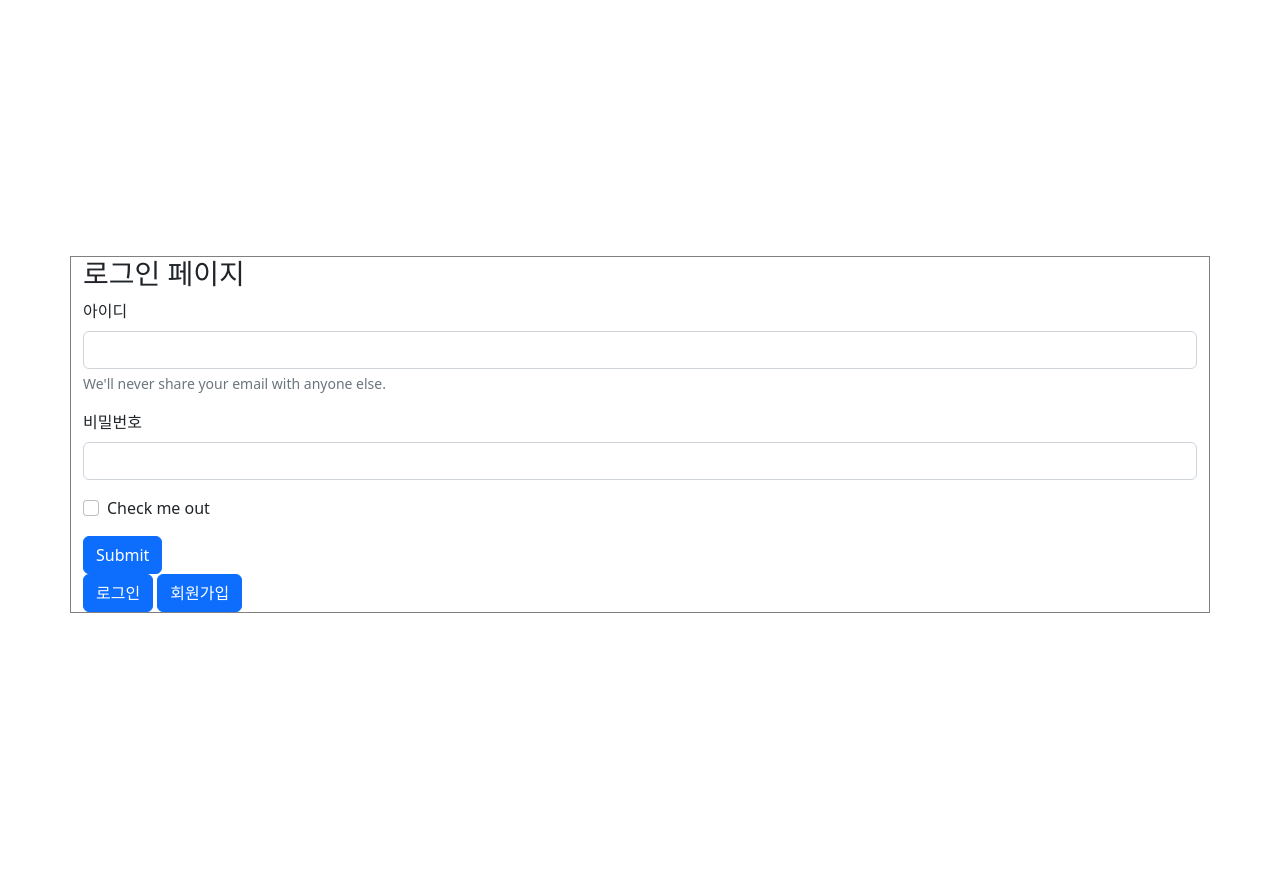
Repository: DNWissac/OJTphp
Page: http://localhost/view/signin.php
The author's editor kept a copy of each file at every save. The page is drawn from the files as they stood at one save, then again after the next save.
The browser window is 1280 px wide. The pictures show the whole page.
The page is run by PHP 8.4 with error messages shown; the project is at /var/www/html/.

Above is the page before, as saved 2022-08-05 08:21:53.

After the next save:
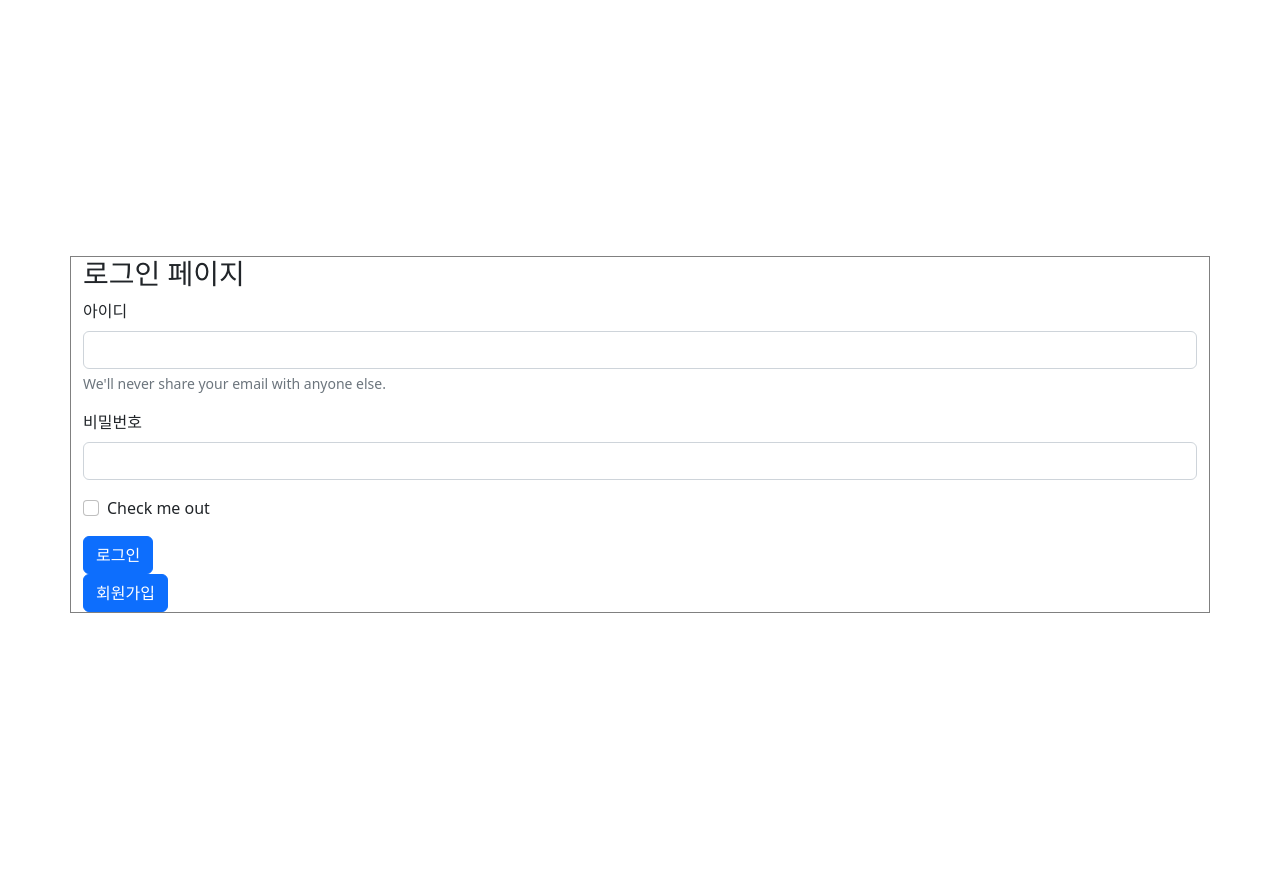
Saved 24 s later.
--- a/Board1/View/signin.php
+++ b/Board1/View/signin.php
@@ -43,13 +43,9 @@
         <input type="checkbox" class="form-check-input" id="exampleCheck1">
         <label class="form-check-label" for="exampleCheck1">Check me out</label>
     </div>
-    <button type="submit" class="btn btn-primary">Submit</button>
+    <button type="submit" class="btn btn-primary">로그인</button>
 </form>
 
-
-	<button type="button" class="btn btn-primary">
-    	로그인
-    </button>
 	<button type="button" class="btn btn-primary" onclick="location.href='signup.php'">
     	회원가입
     </button>
